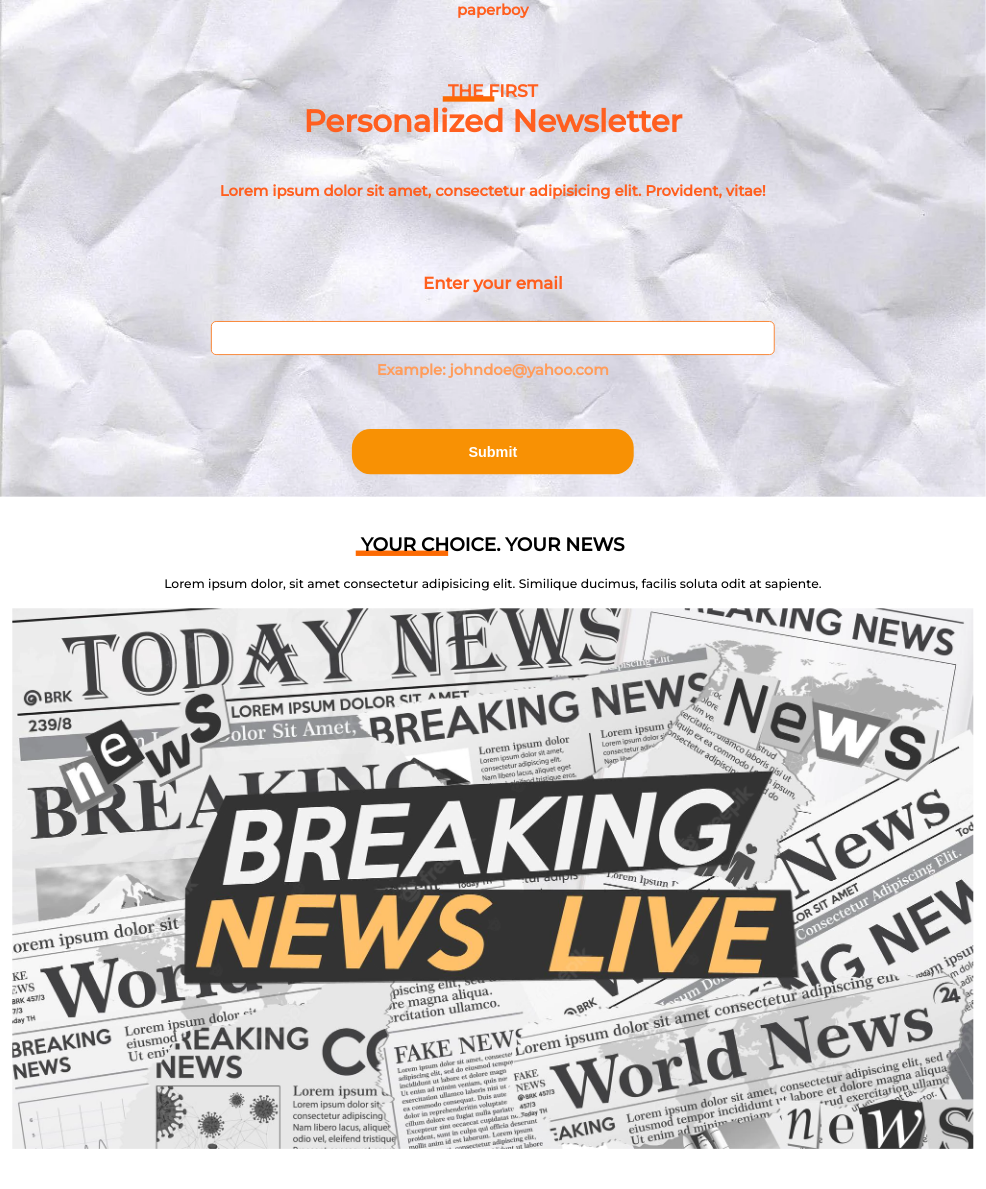
Repository: Gionnn/proiecte
Page: index.html
An editor plug-in stored every save of this project. The page is shown before and after the next save, followed by the edit.
The browser window is 1280 px wide. The pictures show the whole page, at 77% of full size.

Above is the page before, as saved 2022-11-28 12:10:43.

### index.html
<!DOCTYPE html>
<html lang="en">
  <head>
    <meta charset="UTF-8" />
    <meta name="viewport" content="width=device-width, initial-scale=1.0" />
    <meta http-equiv="X-UA-Compatible" content="ie=edge" />
    <link rel="stylesheet" href="css/main.css" />
    <title>Paperboy</title>
  </head>

  <body>
    <div class="hero-bg">
      <section class="top">
        <header>
          <a href="index.html">paperboy</a>
        </header>

        <h1><span>The first </span>Personalized Newsletter</h1>
        <p>
          Lorem ipsum dolor sit amet, consectetur adipisicing elit. Provident,
          vitae!
        </p>
        <div class="form-container">
          <form action="">
            <div class="form-left">
              <label for="email">Enter your email</label>
              <input type="text" name="email" id="email" />
              <p>Example: johndoe@yahoo.com</p>
            </div>
            <input type="button" value="Submit" />
          </form>
        </div>
      </section>
    </div>

    <section class="bottom">
      <div class="right-col">
        <h2>Your choice. Your news</h2>
        <p>
          Lorem ipsum dolor, sit amet consectetur adipisicing elit. Similique
          ducimus, facilis soluta odit at sapiente.
        </p>
        <img src="images/paper.jpeg" alt="Breaking News" />
      </div>
    </section>
  </body>
</html>

### css/main.css
@import url("https://fonts.googleapis.com/css2?family=Montserrat:wght@500&display=swap");

body {
  font-family: "Montserrat", sans-serif;
  margin: 0;
}

.hero-bg {
  background: url("../images/background.jpeg");
  color: #ff5f1f;
  text-align: center;
}

.hero-bg a {
  color: #ff5f1f;
  text-decoration: none;
  font-weight: bold;
  font-size: 1.2rem;
}

section {
  margin: 0 1em;
}

h1 {
  font-size: 2.5rem;
  margin: 2em 0 1.2em;
}

h1 span {
  text-transform: uppercase;
  display: block;
  font-size: 1.4rem;
  position: relative;
  z-index: 1;
}
h1 span::before {
  content: " ";
  position: absolute;
  width: 3em;
  background: #fc6a03;
  height: 0.3em;
  bottom: 0;
  z-index: -1;
  margin-left: -0.3em;
}
.hero-bg p {
  font-weight: bold;
  margin: 0 1em 3em;
  font-size: 1.2rem;
}
.form-container {
  margin: 2em -1em 0;
  padding: 2em;
}
label {
  color: #ff5f1f;
  font-weight: bold;
  display: block;
  margin-bottom: 1em;
  font-size: 1.5em;
}
input[type="text"] {
  border: 1px solid #fc6a03;
  width: 60%;
  padding: 1em;
  box-sizing: border-box;
  border-radius: 0.5em;
  margin-top: 1.2em;
}
.form-container {
  color: #ff9d5c;
  margin-bottom: 1.5em;
  font-weight: normal;
  font-size: 0.9em;
  margin-top: 0.3em;
}
input[type="button"] {
  background-color: #f89104;
  border: none;
  width: 30%;
  color: white;
  font-weight: bold;
  padding: 1em 0;
  border-radius: 1.3em;
  font-size: 1.3em;
  cursor: pointer;
}

input[type="button"]:hover {
  background-color: #c47508;
}

.bottom {
  margin: 0;
}

.right-col {
  text-align: center;
  margin: 3em 1em;
}

h2 {
  text-transform: uppercase;
  position: relative;
}

h2::before {
  content: " ";
  position: absolute;
  width: 5em;
  background: #fc6a03;
  height: 0.3em;
  bottom: 0;
  z-index: -1;
  margin-left: -0.3em;
}

img {
  width: 100%;
}

p {
  line-height: 2em;
}

After the next save:
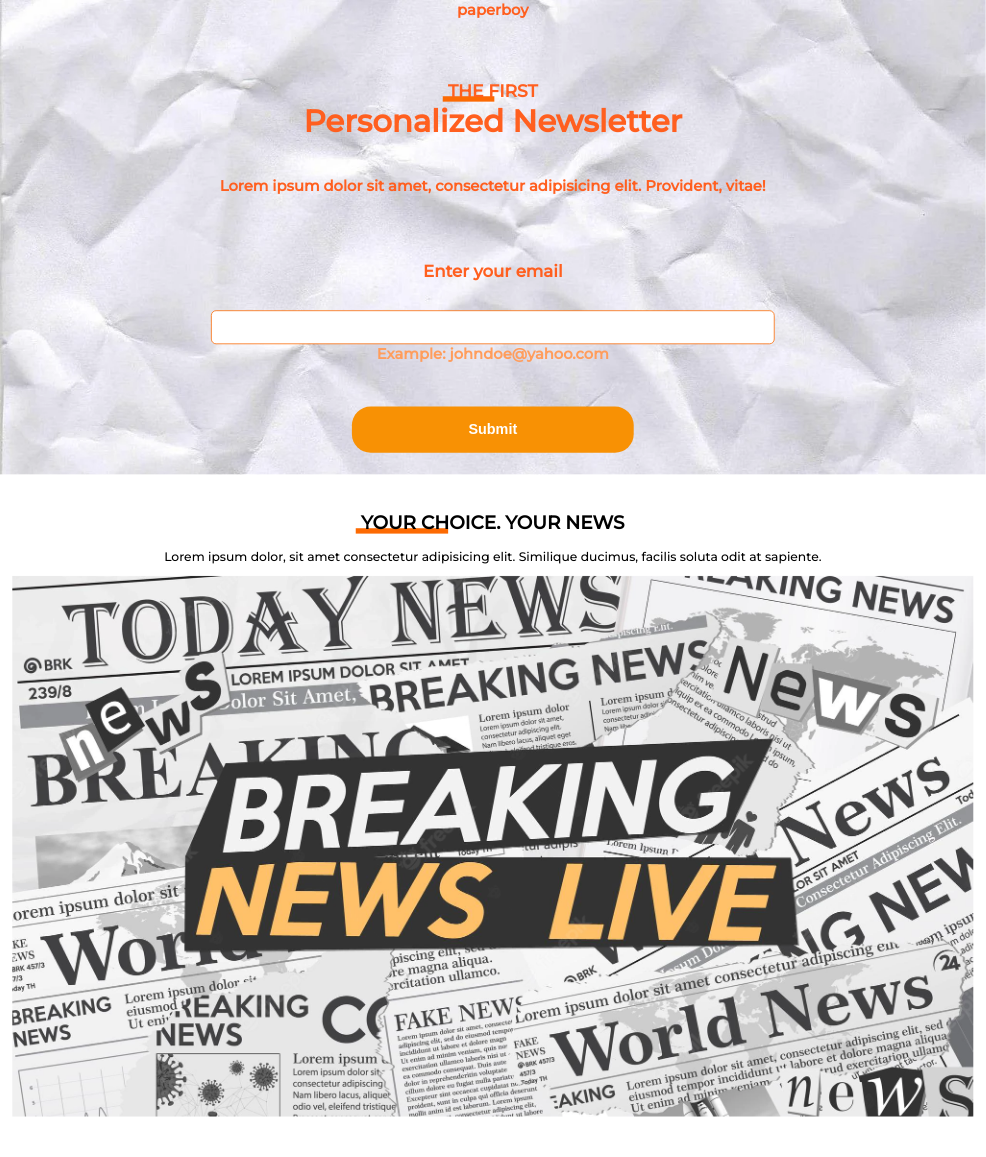
Saved 8 s later.
--- a/css/main.css
+++ b/css/main.css
@@ -121,5 +121,4 @@ img {
 }
 
 p {
-  line-height: 2em;
 }
